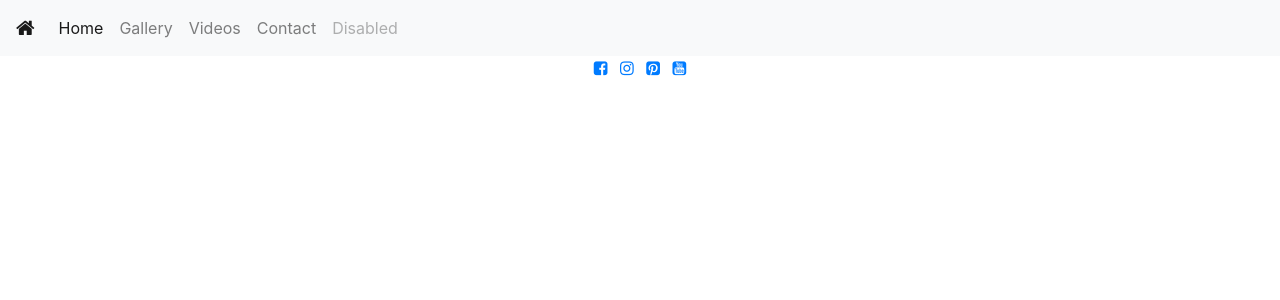
Repository: Sebastian-Torres-Matrix/bucket-list-adventures
Page: index.html
The author's editor kept a record of every edit. The page is drawn from the files as they stood at one moment, then again after the next edit.
The browser window is 1280 px wide. The pictures show the whole page.

Above is the page before.

After the next edit:
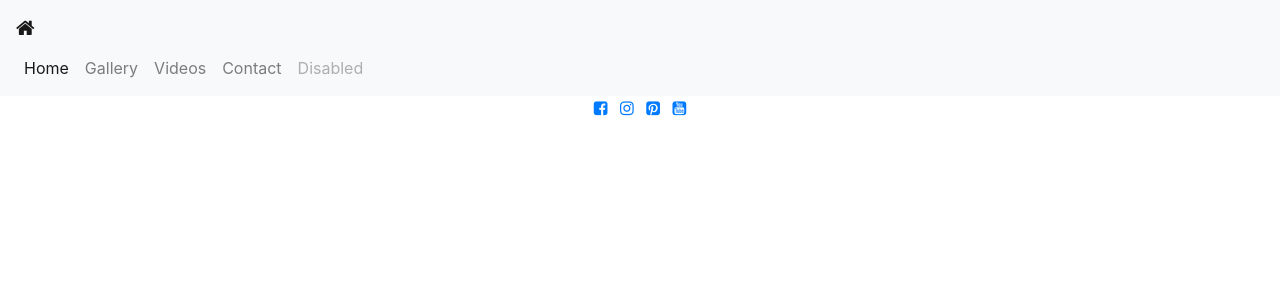
The edit:
--- a/index.html
+++ b/index.html
@@ -12,7 +12,7 @@
 
     <header>
         <nav class="navbar navbar-expand-lg navbar-light bg-light">
-
+          <div class="navbar-container">
 
   <a class="navbar-brand" href="#"><i class="fa fa-home" aria-hidden="true"></i></a>
   <button class="navbar-toggler" type="button" data-toggle="collapse" data-target="#navbarNav" aria-controls="navbarNav" aria-expanded="false" aria-label="Toggle navigation">
